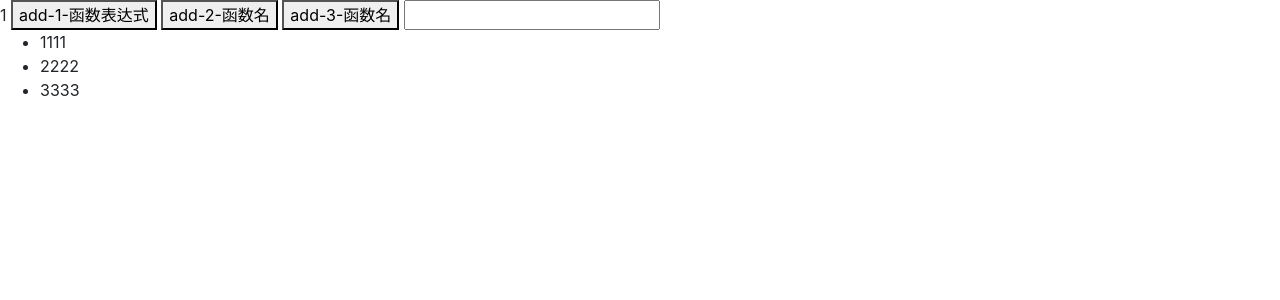
Repository: zenghao518518/Vue
Page: 5-事件处理器/01-事件处理.html
An editor plug-in stored every save of this project. The page is shown before and after the next save, followed by the edit.
The browser window is 1280 px wide. The pictures show the whole page.

Above is the page before, as saved 2023-08-15 17:39:48.

After the next save:
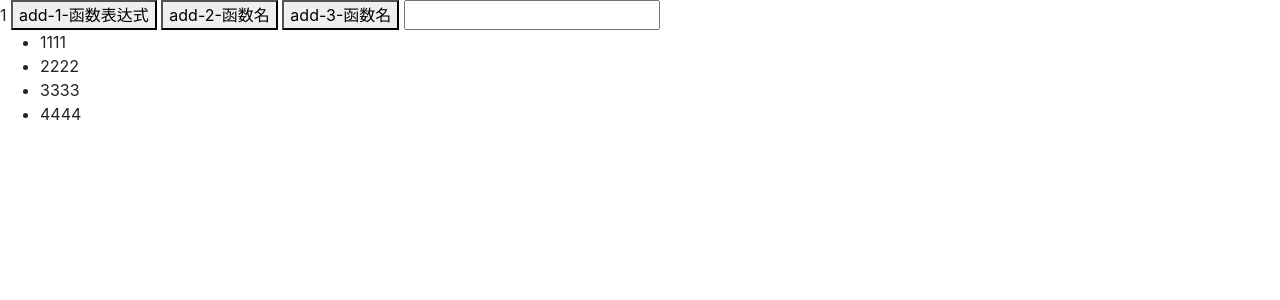
Saved 70 s later.
--- a/5-事件处理器/01-事件处理.html
+++ b/5-事件处理器/01-事件处理.html
@@ -25,6 +25,7 @@
         <li @click="handleLiClick">1111</li>
         <li>2222</li>
         <li>3333</li>
+        <li>4444</li>
        </ul>
 
     </div>
